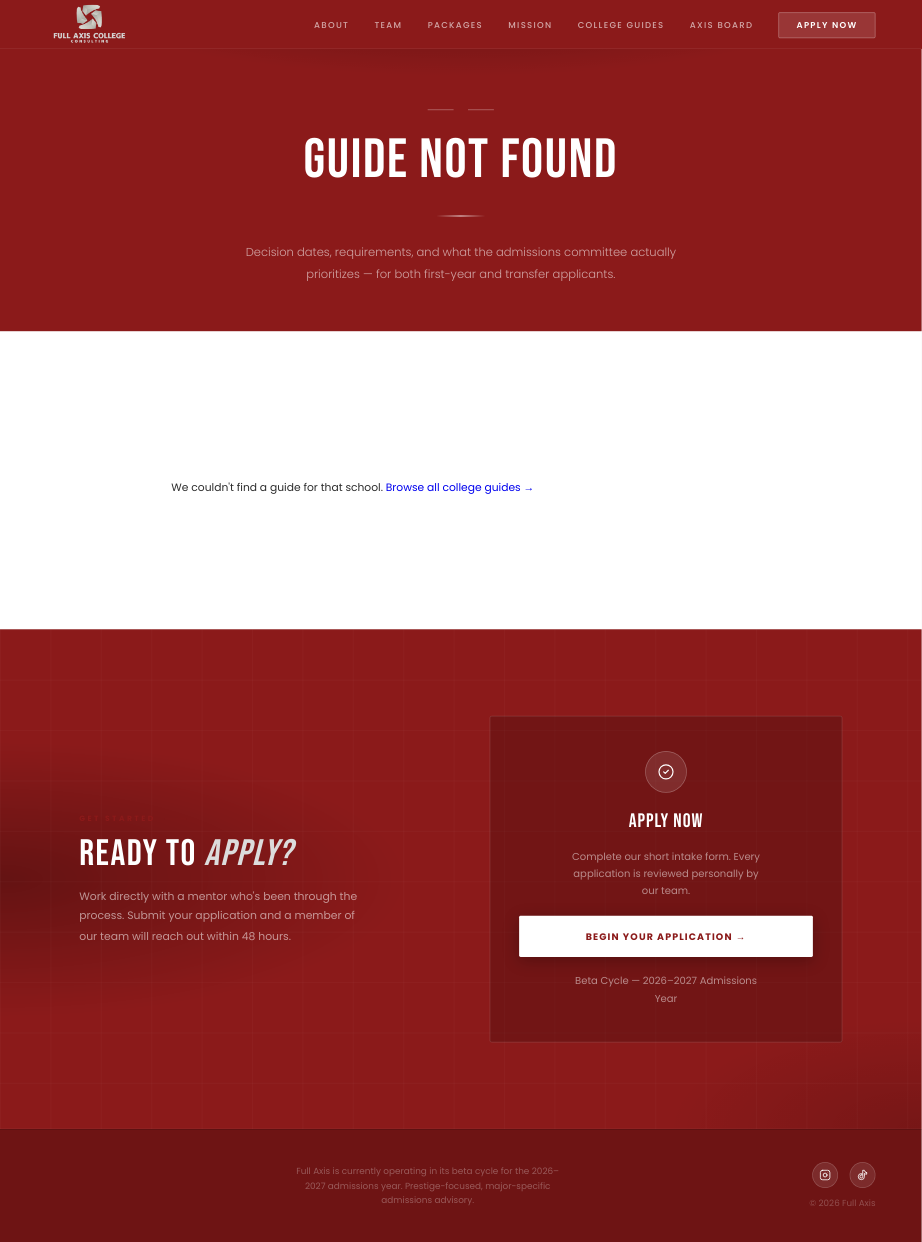
Repository: epeguero8311/cesar
Page: college-guides/guide.html
An editor plug-in stored every save of this project. The page is shown before and after the next save, followed by the edit.
The browser window is 1280 px wide. The pictures show the whole page, at 72% of full size.

Above is the page before, as saved 2026-07-14 21:21:37.

After the next save:
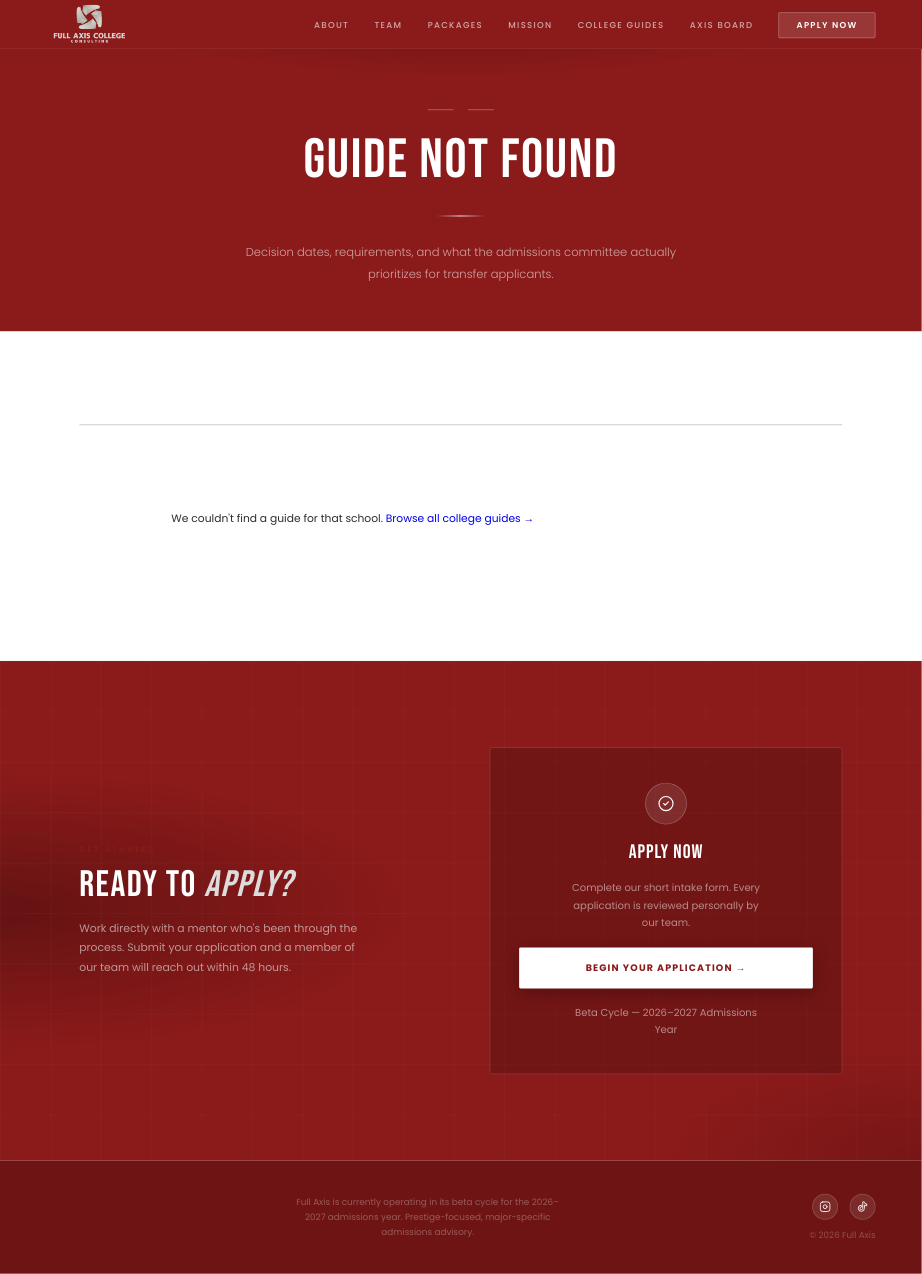
Saved 2 min 8 s later.
--- a/college-guides/guide.html
+++ b/college-guides/guide.html
@@ -4,7 +4,7 @@
 <meta charset="UTF-8" />
 <meta name="viewport" content="width=device-width, initial-scale=1.0" />
 <link rel="icon" type="image/png" href="../Untitled_design__1_-removebg-preview.png" />
-<title id="page-title">College Admissions Guide | Full Axis College Consulting</title>
+<title id="page-title">College Transfer Guide | Full Axis College Consulting</title>
 <link rel="preconnect" href="https://fonts.googleapis.com" />
 <link rel="preconnect" href="https://fonts.gstatic.com" crossorigin />
 <link href="https://fonts.googleapis.com/css2?family=Bebas+Neue&family=Poppins:ital,wght@0,300;0,400;0,500;0,600;0,700;1,400&display=swap" rel="stylesheet" />
@@ -34,12 +34,17 @@
     <div class="hero-eyebrow" id="guide-eyebrow">&nbsp;</div>
     <h1 class="sub-hero-title" id="guide-title">&nbsp;</h1>
     <div class="hero-rule"></div>
-    <p class="sub-hero-sub">Decision dates, requirements, and what the admissions committee actually prioritizes — for both first-year and transfer applicants.</p>
+    <p class="sub-hero-sub">Decision dates, requirements, and what the admissions committee actually prioritizes for transfer applicants.</p>
   </div>
 </section>
 
 <section class="guide-detail">
   <div class="section-inner">
+
+    <div class="guide-stat-bar reveal" id="guide-stat-bar">
+      <!-- filled by JS -->
+    </div>
+
     <div class="guide-body" id="guide-body">
       <!-- filled by JS -->
     </div>
@@ -95,9 +100,6 @@
 .ft-right{display:flex;flex-direction:column;align-items:flex-end;gap:0.75rem}
 @media(max-width:580px){.ft-right{align-items:center}}
 .guide-not-found{padding:4rem 0;text-align:center}
-.guide-section-heading{margin-top:3rem}
-.guide-section-heading:first-child{margin-top:0}
-.guide-section-divider{border:none;border-top:1px solid rgba(255,255,255,0.12);margin:3rem 0}
 </style>
 
 <script src="../main.js"></script>
@@ -107,35 +109,7 @@
   const slug = params.get('school');
 
   const body = document.getElementById('guide-body');
-
-  function buildSection(label, s, schoolName) {
-    const overviewHtml = s.overview.map(p => `<p>${p}</p>`).join('');
-    const lookingForHtml = s.lookingFor.map(li => `<li>${li}</li>`).join('');
-    const requirementsHtml = s.requirements.map(li => `<li>${li}</li>`).join('');
-    return `
-      <div class="guide-stat-bar reveal">
-        <div class="guide-stat-tile"><div class="label">${label} Acceptance Rate</div><div class="value">${s.rate}</div></div>
-        <div class="guide-stat-tile"><div class="label">Application Deadline</div><div class="value">${s.deadline}</div></div>
-        <div class="guide-stat-tile"><div class="label">Decisions Released</div><div class="value">${s.decisionsReleased}</div></div>
-        <div class="guide-stat-tile"><div class="label">Terms Offered</div><div class="value">${s.terms}</div></div>
-      </div>
-
-      <h2>Overview</h2>
-      ${overviewHtml}
-
-      <h2>What ${schoolName.split(' ')[0]} Looks For</h2>
-      <ul>${lookingForHtml}</ul>
-
-      <h2>Requirements &amp; Deadlines</h2>
-      <ul>${requirementsHtml}</ul>
-
-      <div class="mentor-tie-in">
-        <p><strong>Full Axis has a mentor for this school.</strong> ${s.mentor.text}</p>
-      </div>
-
-      <p class="data-note">${s.dataNote}</p>
-    `;
-  }
+  const statBar = document.getElementById('guide-stat-bar');
 
   try {
     const res = await fetch('guides-data.json');
@@ -150,19 +124,39 @@
     }
 
     // Title / meta
-    document.title = school.name + ' First-Year & Transfer Acceptance Rate | Full Axis';
+    document.title = school.name + ' Transfer Acceptance Rate, Decision Date & What They Look For | Full Axis';
     document.getElementById('page-title').textContent = document.title;
     document.getElementById('guide-eyebrow').textContent = school.eyebrow;
-    document.getElementById('guide-title').innerHTML = school.name + ' <em>Admissions Guide</em>';
+    document.getElementById('guide-title').innerHTML = school.name + ' Transfer <em>Acceptance Rate</em>';
+
+    // Stat bar
+    statBar.innerHTML = `
+      <div class="guide-stat-tile"><div class="label">Acceptance Rate</div><div class="value">${school.stats.rate}</div></div>
+      <div class="guide-stat-tile"><div class="label">Application Deadline</div><div class="value">${school.stats.deadline}</div></div>
+      <div class="guide-stat-tile"><div class="label">Decisions Released</div><div class="value">${school.stats.decisionsReleased}</div></div>
+      <div class="guide-stat-tile"><div class="label">Terms Offered</div><div class="value">${school.stats.terms}</div></div>
+    `;
+
+    // Body
+    const overviewHtml = school.overview.map(p => `<p>${p}</p>`).join('');
+    const lookingForHtml = school.lookingFor.map(li => `<li>${li}</li>`).join('');
+    const requirementsHtml = school.requirements.map(li => `<li>${li}</li>`).join('');
 
     body.innerHTML = `
-      <div class="section-label guide-section-heading">First-Year Admissions</div>
-      ${buildSection('First-Year', school.firstYear, school.name)}
+      <h2>Overview</h2>
+      ${overviewHtml}
 
-      <hr class="guide-section-divider" />
+      <h2>What ${school.name.split(' ')[0]} Looks For</h2>
+      <ul>${lookingForHtml}</ul>
 
-      <div class="section-label guide-section-heading">Transfer Admissions</div>
-      ${buildSection('Transfer', school.transfer, school.name)}
+      <h2>Requirements &amp; Deadlines</h2>
+      <ul>${requirementsHtml}</ul>
+
+      <div class="mentor-tie-in">
+        <p><strong>Full Axis has a mentor for this school.</strong> ${school.mentor.text}</p>
+      </div>
+
+      <p class="data-note">${school.dataNote}</p>
     `;
 
     document.getElementById('cta-title').innerHTML = `Targeting <em>${school.name.split(' ')[0]}?</em>`;
